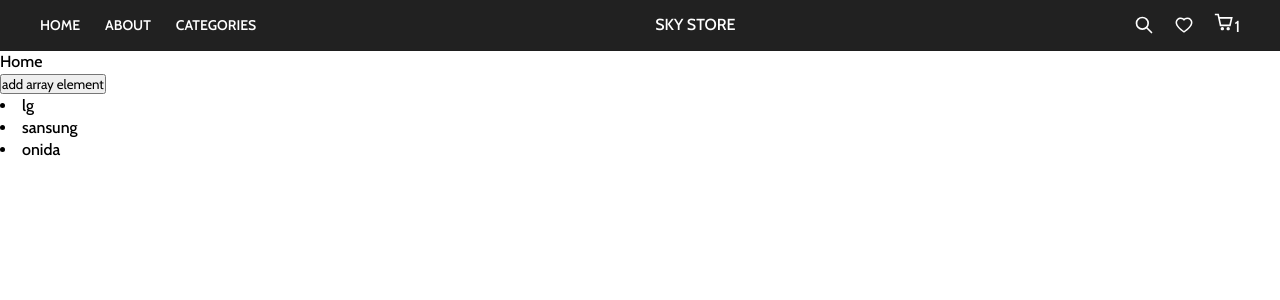
Repository: suraj-yadav7/ecommerce
Page: /
These files come from the project's save history. The page is drawn as it stood at one moment and after the next save; the edit follows.
The browser window is 1280 px wide. The pictures show the whole page.
The project was rebuilt for these pictures with package versions that can differ from the ones it lists, and the page was loaded fresh each time. Also part of the build but not shown: src/components/Home/Home.scss, src/components/Category/Category.scss, src/components/Category/Category.jsx, src/components/SingleProduct/SingleProduct.scss, src/components/SingleProduct/SingleProduct.jsx, src/App.scss, src/components/Header/Search/Search.scss, src/components/Header/Search/Search.jsx and 2 more.

Above is the page before, as saved 2023-06-16 15:25:42.

After the next save:
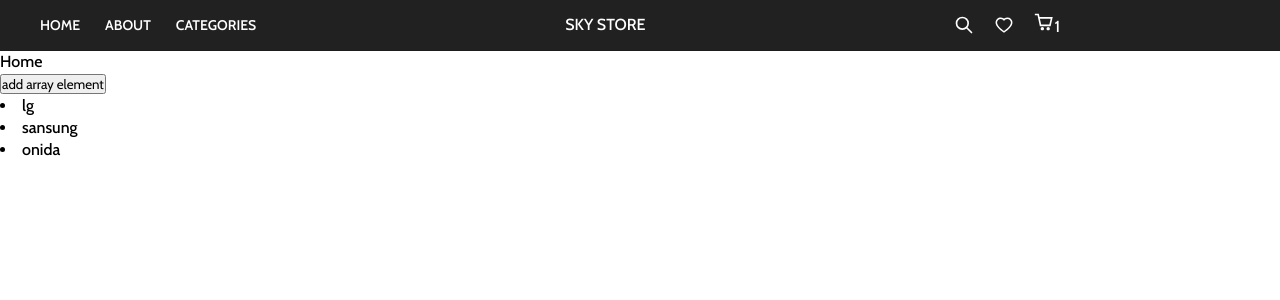
Saved 20 s later.
--- a/src/components/Header/Header.scss
+++ b/src/components/Header/Header.scss
@@ -16,7 +16,7 @@
     align-items: center;
     height: 50px;
     // max-width: 100px;
-    width: 100%;
+    max-width: 85%;
     .left {
         list-style-type: none;
         display: flex;
